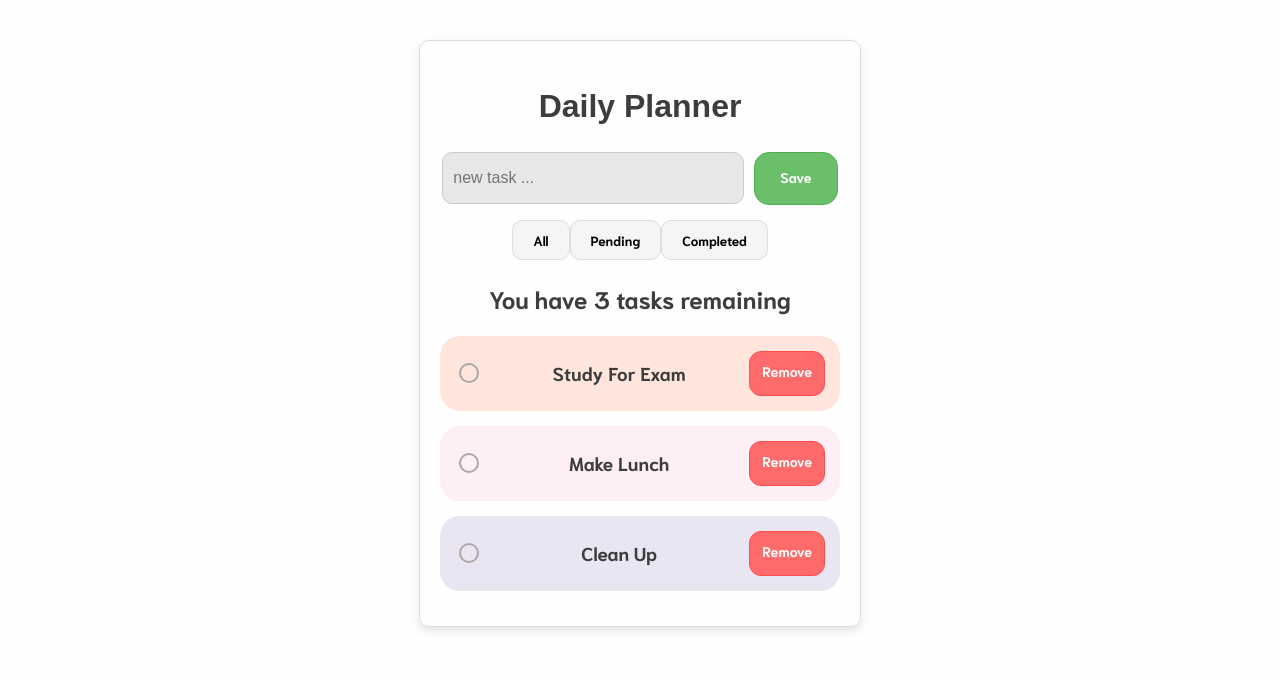
Repository: Zalida-Khan/Frontend-Lab4
Page: /
The author's editor kept a copy of each file at every save. The page is drawn from the files as they stood at one save, then again after a run of saves.
The browser window is 1280 px wide. The pictures show the whole page.
Some web fonts or font styles are not loaded; a fallback is used. The project was rebuilt for these pictures with package versions that can differ from the ones it lists, and the page was loaded fresh each time. Also part of the build but not shown: vite.config.js.

Above is the page before, as saved 2024-10-29 22:58:07.

### index.html
<!doctype html>
<html lang="en">

<head>
  <meta charset="UTF-8" />
  <link rel="icon" type="image/svg+xml" href="/vite.svg" />
  <meta name="viewport" content="width=device-width, initial-scale=1.0" />
  <title>Daily Planner</title>
</head>

<body>
  <div id="root"></div>
  <script type="module" src="/src/main.jsx"></script>
</body>

</html>

### src/App.jsx
import "./App.css";
import React, { useState } from "react";
import Task from "./components/Task";
import TaskForm from "./components/TaskForm";

function App() {
  const [tasks, setTasks] = useState([
    { id: 1, text: "Study For Exam", completed: false },
    { id: 2, text: "Make Lunch", completed: false },
    { id: 3, text: "Clean Up", completed: false },
  ]);


  const [filter, setFilter] = useState("All");

  const addTask = (text) =>
    setTasks([...tasks, { id: Date.now(), text, completed: false }]);

  const toggleTask = (id) =>
    setTasks(
      tasks.map((task) =>
        task.id === id ? { ...task, completed: !task.completed } : task
      )
    );

  const removeTask = (id) => setTasks(tasks.filter((task) => task.id !== id));

  const handleFilterChange = (newFilter) => setFilter(newFilter);

  const filteredTasks = tasks.filter((task) => {
    if (filter === "Completed") return task.completed;
    if (filter === "Pending") return !task.completed;
    return true;
  });

  const remainingTasks = tasks.filter((task) => !task.completed).length;

  return (
    <div className="app">
      <header>
        <h1>Daily Planner</h1>
      </header>
      <TaskForm addTask={addTask} />
      <div className="filter-buttons">
        <button onClick={() => handleFilterChange("All")}>All</button>
        <button onClick={() => handleFilterChange("Pending")}>Pending</button>
        <button onClick={() => handleFilterChange("Completed")}>Completed</button>
      </div>
      <h2>
        You have {remainingTasks}{" "}
        {remainingTasks === 1 ? "task" : "tasks"} remaining
      </h2>
      <div className="task-list">
      {filteredTasks.map((task) => (
          <Task
            key={task.id}
            task={task}
            toggleTask={toggleTask}
            removeTask={removeTask}
            isDisabled={task.completed}
          />
        ))}
      </div>
    </div>
  );
}

export default App;

### src/index.css
:root {
  font-family: Inter, system-ui, Avenir, Helvetica, Arial, sans-serif;
  line-height: 1.5;
  font-weight: 400;

  color-scheme: light dark;
  color: rgba(0, 0, 0, 0.87);
  background-color: #fefefe;

  font-synthesis: none;
  text-rendering: optimizeLegibility;
  -webkit-font-smoothing: antialiased;
  -moz-osx-font-smoothing: grayscale;
}

### src/App.css
@font-face {
  font-family: "Ruska";
  src: url("../fonts/RuskaDisplay-Regular.otf") format("opentype");
  font-weight: normal;
  font-style: normal;
}

@font-face {
  font-family: "Niramit";
  src: url("../fonts/Niramit-Bold.ttf") format("truetype");
  font-weight: normal;
  font-style: normal;
}

#root {
  max-width: 1280px;
  margin: 0 auto;
  padding: 2rem;
  text-align: center;
  font-family: "Niramit", sans-serif;
  color: #3d3d3d;
}

.app {
  width: 400px;
  margin: 0 auto;
  padding: 20px;
  font-family: "Niramit", sans-serif;
  border: 1px solid #ddd;
  border-radius: 10px;
  box-shadow: 0 4px 10px rgba(0, 0, 0, 0.1);
}

h1 {
  font-family: "Ruska", sans-serif;
  font-weight: 50px;
  color: #3d3d3d;
}

.task-list {
  margin-top: 20px;
}

.task {
  display: flex;
  align-items: center;
  justify-content: space-between;
  margin-bottom: 15px;
  padding: 15px;
  border-radius: 20px;
  font-family: "Niramit", sans-serif;
}

.task:nth-child(6n+1) {
  background-color: #ffe5db;
}

.task:nth-child(6n+2) {
  background-color: #feeef5;
}

.task:nth-child(6n+3) {
  background-color: #e9e5f3;
}

.task:nth-child(6n+4) {
  background-color: #e0edf4;
}

.task:nth-child(6n+5) {
  background-color: #f0f8e6;
}

.task:nth-child(6n) {
  background-color: #fbfbef;
}

.task h3 {
  margin: 0;
  flex-grow: 1;
  text-decoration: none;
  font-family: "Niramit", sans-serif;
}

.task.completed h3 {
  text-decoration: line-through 2px solid;
}

.checkmark {
  appearance: none;
  width: 20px;
  height: 20px;
  border-radius: 50%;
  border: 2px solid #aba7a7;
  background-color: transparent;
  display: flex;
  align-items: center;
  justify-content: center;
  cursor: pointer;
  margin-right: 10px;
}

.checkmark:checked {
  background-color: #c6eada;
  border: 2px solid #198754;
}

.checkmark:checked::after {
  content: '✔️';
  color: #3d3d3d;
}

.checkmark:disabled {
  cursor: not-allowed;
  background-color: #d3d3d3;
  border-color: #d3d3d3;
}

.delete-btn {
  padding: 10px 12px;
  border-radius: 12px;
  padding-bottom: 15px;
  font-family: "Niramit", sans-serif;
  background-color: #ff6b6b;
  border: 1px solid #ff4c4c;
  color: white;
  cursor: pointer;
  font-size: 14px;
  transition: background-color 0.3s;
}

.delete-btn:hover {
  background-color: #ff4c4c;
}

.save-btn {
  padding: 15px 25px;
  border-radius: 15px;
  padding-bottom: 18px;
  background-color: #6bbf6b;
  border: 1px solid #4cae4c;
  font-family: "Niramit", sans-serif;
  color: white;
  cursor: pointer;
  font-size: 14px;
  transition: background-color 0.3s;
}

.save-btn:hover {
  background-color: #4cae4c;
}

.input-field {
  width: 70%;
  height: 30px;
  padding: 10px;
  border-radius: 10px;
  background-color: #e8e7e7;
  margin-right: 10px;
  border: 1px solid #ccc;
  font-size: 16px;
  outline: none;
  color: black;
  transition: border-color 0.3s;
}

.input-field:focus {
  border-color: #000000;
}

.filter-buttons {
  margin-top: 15px;
}

.filter-buttons button {
  padding: 10px 20px;
  border: 1px solid #ddd;
  border-radius: 10px;
  background-color: #f5f5f5;
  font-family: "Niramit", sans-serif;
  cursor: pointer;
  transition: background-color
}

### src/components/Task.jsx
import React from 'react';

function Task({ task, toggleTask, removeTask, isDisabled }) {
  return (
    <div className={`task ${task.completed ? 'completed' : ''}`}>
      <label className="checkmark-label"/>
      <input className="checkmark" type="checkbox" checked={task.completed} onChange={() => toggleTask(task.id)}
      disabled={isDisabled} />
      <h3>{task.text}</h3>
      <button className="delete-btn" onClick={() => removeTask(task.id)}>Remove</button>
    </div>
  );
}

export default Task;

### src/components/TaskForm.jsx
import React, { useState } from 'react';

function TaskForm({ addTask }) {
  const [text, setText] = useState('');

  const handleSubmit = (e) => {
    e.preventDefault();
    if (text.trim()) {
      addTask(text);
      setText('');
    }
  };

  return (
    <form onSubmit={handleSubmit}>
      <input className="input-field" type="text" value={text} onChange={(e) => setText(e.target.value)} placeholder="new task ..." />
      <button className="save-btn" type="submit">Save</button>
    </form>
  );
}

export default TaskForm;

Loaded but not shown: src/main.jsx (common file)

After the next 6 saves:
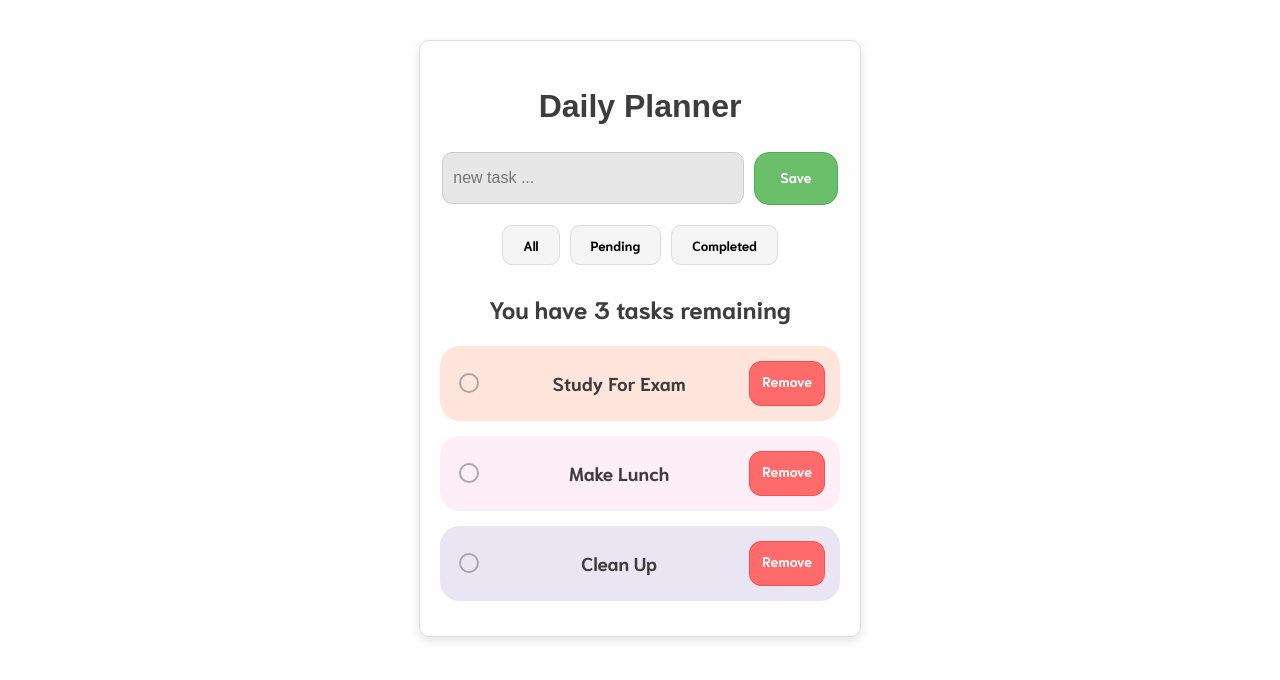
The 6 saves are shown as one change because they came seconds apart.
The last was saved 18 s later.
--- a/src/App.css
+++ b/src/App.css
@@ -179,5 +179,6 @@ h1 {
   background-color: #f5f5f5;
   font-family: "Niramit", sans-serif;
   cursor: pointer;
-  transition: background-color
+  transition: background-color 0.3s, color 0.3s;
+  margin: 5px;
 }
